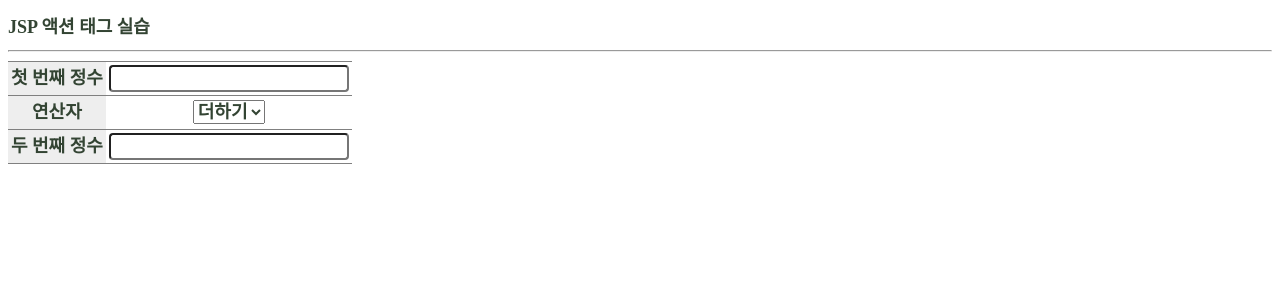
Repository: hyyrim/WebStudy
Page: http://localhost/WebApp16/Calc.jsp
The author's editor kept a copy of each file at every save. The page is drawn from the files as they stood at one save, then again after a run of saves.
The browser window is 1280 px wide. The pictures show the whole page.
The page is served by Tomcat 9. Other server files are loaded and not shown.

Above is the page before, as saved 2021-05-20 03:08:03.

### WebApp16/WebContent/Calc.jsp
<%@ page contentType="text/html; charset=UTF-8"%>
<!DOCTYPE html>
<html>
<head>
<meta charset="UTF-8">
<title>Calc.jsp</title>
<link rel="stylesheet" type="text/css" href="css/default.css">

</head>
<body>

<div>
	<h1>JSP 액션 태그 실습</h1>
	<hr>
</div>

<div>
	<form>
		<table class="table">
			<tr>
				<th>첫 번째 정수</th>
				<td>
					<input type="text" name="su1" class="txtNum">
				</td>
			</tr>
			<tr>
				<th>연산자</th>
				<td>
					<select name="op">
						<option value="+">더하기</option>
						<option value="-">빼기</option>
						<option value="*">곱하기</option>
						<option value="/">나누기</option>
					</select>
				</td>
			</tr>
			<tr>
				<th>두 번째 정수</th>
				<td>
					<input type="text" name="su2" class="txtNum">
				</td>
			</tr>

		</table>
	</form>
</div>


</body>
</html>

### WebApp16/WebContent/css/default.css
@charset "UTF-8";

*
{
	font-size: 18px;
	color: #343;
	font-family: 맑은 고딕;
	font-weight: bold;
}

input
{
	border-radius: 4px;
}

button:hover
{
	color: orange;
}

.table
{
	border-collapse: collapse;
}

.table th, .table td
{
	border: 1px solid gray;
	border-left: 0px;
	border-right: 0px;

	padding: 3px;
	line-height: 150%;
	text-align: center;
}

.table th
{
	font-weight: bold;
	background-color: #EEE;
}

.btn01
{
	font-size: 10px;
	color: blue;
	width: 45px;
	height: 30px;
}

.btn02
{
	font-size: 10px;
	color: gray;
	width: 45px;
	height: 30px;
}

.btn02:hover
{
	color: gray;
}

.errMsg
{
	font-size: small;
	color: red;
	display: none;
}

.numTh
{
	width: 50px;
}

.nameTh
{
	width: 100px;
}

.telTh
{
	width: 150px;
}

.manageTh
{
	width: 200px;
}

.txtScore
{
	width: 100px;
	text-align: right;
}

After the next 2 saves:
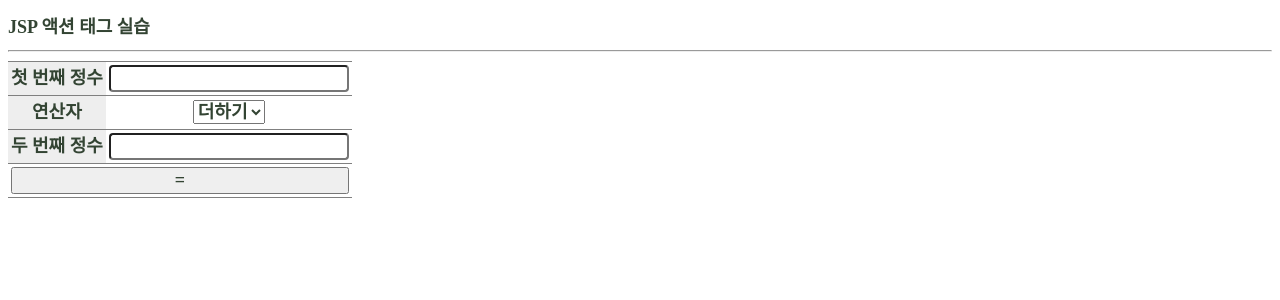
The 2 saves are shown as one change because they came seconds apart.
The last was saved 40 s later.
--- a/WebApp16/WebContent/Calc.jsp
+++ b/WebApp16/WebContent/Calc.jsp
@@ -40,6 +40,10 @@
 					<input type="text" name="su2" class="txtNum">
 				</td>
 			</tr>
+			<tr>
+				<td colspan="2">
+					<button type="submit" style="width: 100%;"> = </button>
+			</tr>
 
 		</table>
 	</form>
